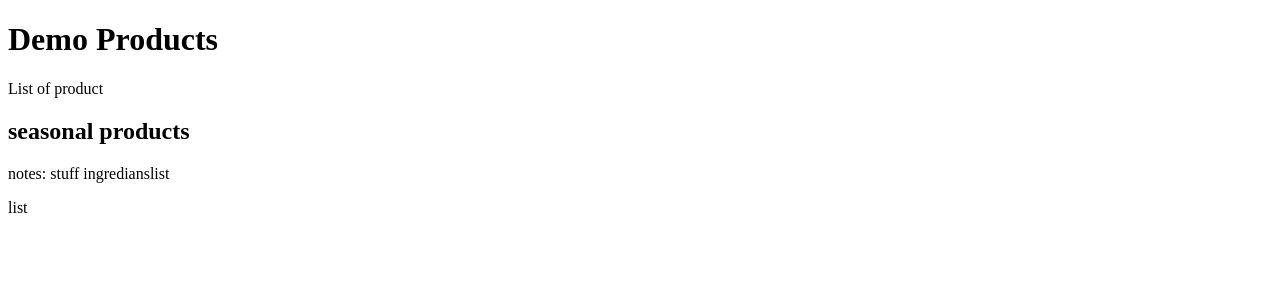
Repository: NagarjunaTubati/com.student.demo
Page: com.pai.demo/WebContent/index.html
These files come from the project's save history. The page is drawn as it stood at one moment and after the next save; the edit follows.
The browser window is 1280 px wide. The pictures show the whole page.

Above is the page before, as saved 2015-02-11 09:36:40.

### com.pai.demo/WebContent/index.html
<!DOCTYPE html PUBLIC "-//W3C//DTD HTML 4.01 Transitional//EN" "http://www.w3.org/TR/html4/loose.dtd">
<html>
<head>
<meta http-equiv="Content-Type" content="text/html; charset=ISO-8859-1">
<title>Insert title here</title>
</head>
<body>
<h1>Demo Products</h1>
<p>List of product</p>

<h2>seasonal products</h2>
<span>notes: stuff</span>

<span>ingredianslist</span>

<p>list</p>
</body>
</html>

After the next save:
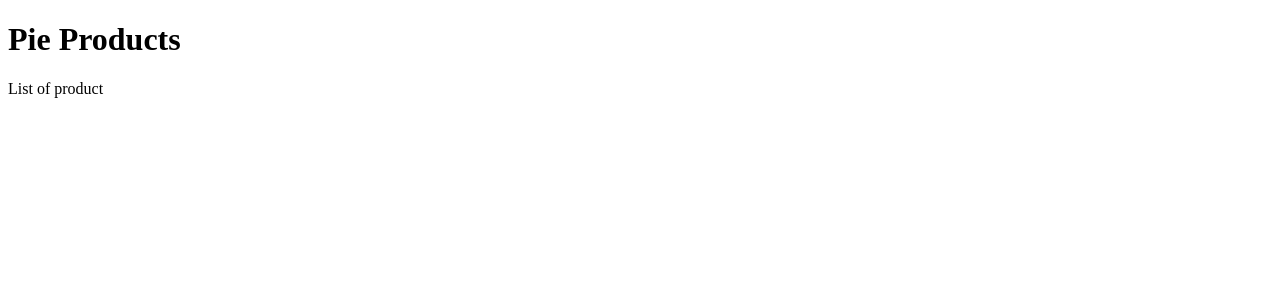
Saved 5 min 44 s later.
--- a/com.pai.demo/WebContent/index.html
+++ b/com.pai.demo/WebContent/index.html
@@ -5,14 +5,7 @@
 <title>Insert title here</title>
 </head>
 <body>
-<h1>Demo Products</h1>
+<h1>Pie Products</h1>
 <p>List of product</p>
-
-<h2>seasonal products</h2>
-<span>notes: stuff</span>
-
-<span>ingredianslist</span>
-
-<p>list</p>
 </body>
 </html>
